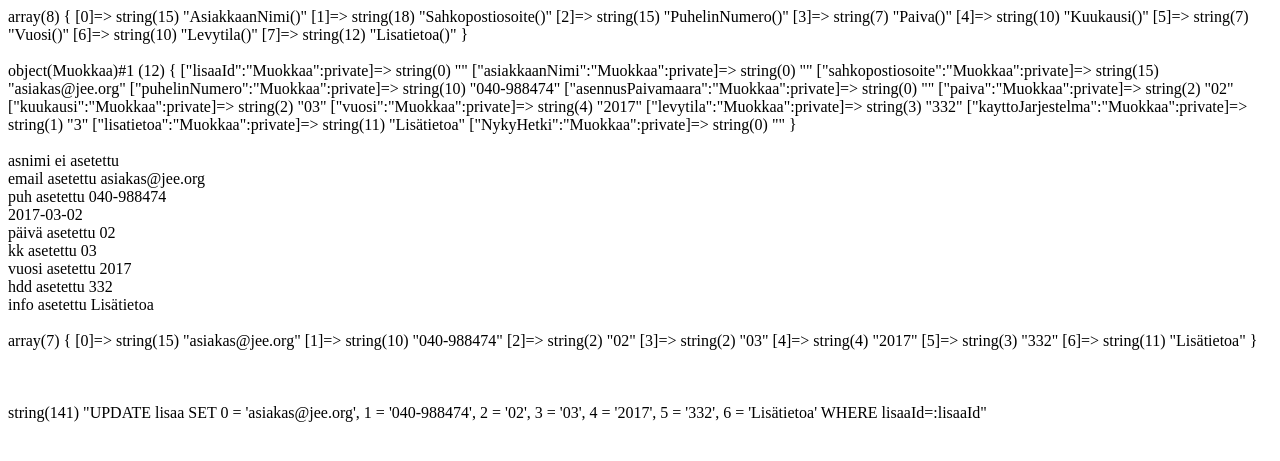
Repository: TommiKurjensalo/php
Page: http://localhost/test/function_to_function.php
An editor plug-in stored every save of this project. The page is shown before and after the next save, followed by the edit.
The browser window is 1280 px wide. The pictures show the whole page.
The page is run by PHP 8.4 with error messages shown; the project is at /var/www/html/.

Above is the page before, as saved 2017-04-25 17:12:12.

### sivut/test/function_to_function.php
<?php

$m = new Muokkaa("","asiakas@jee.org","040-988474","02","03","2017","332","3","Lisätietoa");

$m->muokkaaAsiakas($m);

class Muokkaa {

	// luokan attribuutit
	private $lisaaId = "";
	private $asiakkaanNimi = "";
	private $sahkopostiosoite = "";
	private $puhelinNumero = "";
	private $asennusPaivamaara = "";
	private $paiva = "";
	private $kuukausi = "";
	private $vuosi = "";
	private $levytila = "";
	private $kayttoJarjestelma = "";
	private $lisatietoa = "";
	private $NykyHetki = "";

	// Etsitään sopiva konstruktori
	function __construct() {
		$get_arguments       = func_get_args();
		$number_of_arguments = func_num_args();

		if (method_exists($this, $method_name = '__construct'.$number_of_arguments)) {
			call_user_func_array(array($this, $method_name), $get_arguments);
		}
	}


	// Luokan konstruktori
	public function __construct9($uusiAsiakkaanNimi = "", $uusiSahkopostiosoite = "", $uusiPuhelinNumero = "",
			$uusiPaiva = "", $uusiKuukausi = "", $uusiVuosi = "",
			$uusiLevytila = "", $uusiKayttoJarjestelma = "", $uusiLisatietoa = "")
	{

		// trim poistaa tyhjät merkkijonon alusta ja lopusta
		//$this->lisaaId = ($uusiId);
		$this->asiakkaanNimi = trim($uusiAsiakkaanNimi);
		$this->sahkopostiosoite = trim($uusiSahkopostiosoite);
		$this->puhelinNumero = trim($uusiPuhelinNumero);
		$this->paiva = trim($uusiPaiva);
		$this->kuukausi = trim($uusiKuukausi);
		$this->vuosi = trim($uusiVuosi);
		$this->levytila = trim($uusiLevytila);
		$this->kayttoJarjestelma = trim($uusiKayttoJarjestelma);
		$this->lisatietoa = trim($uusiLisatietoa);
	}

	// Luokan konstruktori haeAsiakas toimintoa varten
	public function __construct2($uusiId="", $uusiAsiakkaanNimi = "")

	{
		// trim poistaa tyhjät merkkijonon alusta ja lopusta
		$this->lisaaId = ($uusiId);
		$this->asiakkaanNimi = trim($uusiAsiakkaanNimi);
		$this->paiva = trim($uusiPaiva);
		$this->kuukausi = trim($uusiKuukausi);
		$this->vuosi = trim($uusiVuosi);
		$this->kayttoJarjestelma = trim($uusiKayttoJarjestelma);
	}

	// Muuttaa/asettaa lisaaId-attribuutin
	public function setLisaaId($uusiId) {
		$this->lisaaId = $uusiId;
	}

	// Palauttaa lisaaId-attribuutin
	public function getLisaaId() {
		return $this->lisaaId;
	}

	// Muuttaa/asettaa asiakkaanNimi-attribuutin
	public function setAsiakkaanNimi($uusiAsiakkaanNimi) {
		$this->asiakkaanNimi = $uusiAsiakkaanNimi;
	}

	// Palauttaa asiakkaanNimi-attribuutin
	public function getAsiakkaanNimi() {
		return $this->asiakkaanNimi;
	}


	// $empty kertoo, saako kenttä olla tyhjä (FALSE=>ei saa olla eli on pakollinen)
	// $min kertoo kentän minimipituuden merkkeinä
	// $max kertoo kentän maksimipituuden merkkeinä
	public function checkAsiakkaanNimi($required, $min, $max) {

		// Jos kenttä saa olla tyhjä ja se on tyhjä, ei ole virhettä
		if ($required === FALSE && strlen($this->asiakkaanNimi) == 0)
			return 0;

		if ($required === TRUE) {
			// Jos kenttä on tyhjä
			if (strlen($this->asiakkaanNimi) == 0)
				return 1;

			// Jos kentässä on liian vähän tai liikaa merkkejä
			if (strlen($this->asiakkaanNimi) < $min || strlen($this->asiakkaanNimi) > $max)
				return 2;

			// Jos kentässä on sinne kuulumattomia merkkejä
			if (preg_match("/[^a-zåäöA-ZÅÄÖ0-9 \-]/", $this->asiakkaanNimi))
				return 3;

		}
		// Ei ollut virheitä
		return 0;

	}

	// *******************************************************
	// Muuttaa/asettaa sahkopostiosoite-attribuutin
	public function setSahkopostiosoite($uusiSahkopostiosoite) {
		$this->sahkopostiosoite = $uusiSahkopostiosoite;
	}

	// Palauttaa sahkopostiosoite-attribuutin
	public function getSahkopostiosoite() {
		return $this->sahkopostiosoite;
	}

	public function checkSahkopostiosoite($required) {

		// Jos kenttä saa olla tyhjä ja se on tyhjä, ei ole virhettä
		if ($required === FALSE && strlen($this->sahkopostiosoite) == 0)
			return 0;

		if ($required == TRUE) {
			// Jos kenttä on tyhjä
			if (strlen($this->sahkopostiosoite) == 0)
				return 4;

			// Jos kentässä on sinne kuulumattomia merkkejä
			// Hyväksytyt merkit ovat A-Z a-z 0-9 . - ja maatunnus 2-4 merkkiä (A-Z a-z)
			if (!preg_match('/^[A-Öa-ö0-9._-]+@[A-Öa-ö0-9.-]+\.[A-Za-z]{2,4}$/', $this->sahkopostiosoite))
				return 5;

		}

		return 0;
	}

	// *******************************************************
	// Muuttaa/asettaa puhelinNumero-attribuutin
	public function setPuhelinNumero($uusiPuhelinNumero) {
		$this->puhelinNumero = $uusiPuhelinNumero;
	}

	// Palauttaa puhelinNumero-attribuutin
	public function getPuhelinNumero() {
		return $this->puhelinNumero;
	}

	public function checkPuhelinNumero($required, $min, $max) {

		// Jos kenttä saa olla tyhjä ja se on tyhjä, ei ole virhettä
		if ($required === FALSE && strlen($this->puhelinNumero) == 0)
			return 0;

		if ($required === TRUE) {
			// Jos kenttä on tyhjä
			if (strlen($this->puhelinNumero) == 0)
				return 6;

			// Jos kentässä on liian vähän merkkejä/numeroita
			if (strlen($this->puhelinNumero) < $min || strlen($this->puhelinNumero) > $max) {
				return 20;
			}
			// Jos kentässä on sinne kuulumattomia merkkejä
			// Sallittu vain numerot 0-9, välilyönti ja välimerkki '-'
			elseif (!preg_match('/^(\d){0,4}[-]{1}[(\d\s)]{0,17}$/D', $this->puhelinNumero)) {
				return 7;
			}

		}
		// Ei ollut virheitä
		return 0;
	}

	// *******************************************************
	// Muuttaa/asettaa asennusPaivamaara-attribuutin
	public function setAsennusPaivamaara($uusiAsennusPaivamaara) {
		$this->asennusPaivamaara = $uusiAsennusPaivamaara;
	}

	// Palauttaa asennusPaivamaara-attribuutin
	public function getAsennusPaivamaara() {
		return $this->asennusPaivamaara;
	}

	// *******************************************************
	// Muuttaa/asettaa paiva-attribuutin
	public function setPaiva($uusiPaiva) {
		$this->paiva = $uusiPaiva;
	}

	// Palauttaa paiva-attribuutin
	public function getPaiva() {
		return $this->paiva;
	}

	// *******************************************************
	// Muuttaa/asettaa kuukausi-attribuutin
	public function setKuukausi($uusiKuukausi) {
		$this->kuukausi = $uusiKuukausi;
	}

	// Palauttaa kuukausi-attribuutin
	public function getKuukausi() {
		return $this->kuukausi;
	}

	// *******************************************************
	// Muuttaa/asettaa vuosi-attribuutin
	public function setVuosi($uusiVuosi) {
		$this->vuosi = $uusiVuosi;
	}

	// Palauttaa vuosi-attribuutin
	public function getVuosi() {
		return $this->vuosi;
	}

	// Palauttaa nykyhetki-attribuutin
	// Käytetään testaukseen
	public function getNykyHetki() {
		return $this->NykyHetki;
	}

	public function checkAsennusPaivamaara($required) {


		if ($required === TRUE) {
			// Jos kentät on tyhjiä

			if (strpos($this->paiva, 'none') !==FALSE || strpos($this->kuukausi, 'none') !==FALSE
					|| strpos($this->vuosi, 'none') !==FALSE) {
						return 8;
					}
					// Määritellään muuttujia päivämäärän tulevaisuuden tarkistamista varten
					$paivaFormaatti='j.n.Y';
					$nykyHetki = new DateTime('now', new DateTimeZone('Europe/Helsinki'));
					// Muutetaan tuodut päivä,kuukausi ja vuositiedot DateTime muotoon, jotta sitä voidaan helpommin vertailla
					// ja viedä yhdellä muuttujalle tiedot sivulle
					$DateAsennusPaivamaara = DateTime::createFromFormat($paivaFormaatti,"$this->paiva.$this->kuukausi.$this->vuosi");
					$this->asennusPaivamaara = $DateAsennusPaivamaara;
					$this->NykyHetki = $nykyHetki;

					// Jos asetettu päivämääärä on tulevaisuudessa
					if($DateAsennusPaivamaara > $nykyHetki)
						return 9;
		}
		// Muuten palautetaan 0, aka kaikki hyvin
		return 0;
	}

	public function setErotteleAsennusPaivamaara($asennusPaivamaara) {

		if (!empty($asennusPaivamaara)) {
			list($uusiVuosi,$uusiKuukausi,$UusiPaiva) = explode(".",$asennusPaivamaara);

			$this->setPaiva($UusiPaiva);
			$this->setKuukausi($uusiKuukausi);
			$this->setVuosi($uusiVuosi);
		}


	}

	// *******************************************************
	// Muuttaa/asettaa levytila-attribuutin
	public function setLevytila($uusiLevytila) {
		$this->levytila = $uusiLevytila;
	}

	// Palauttaa levytila-attribuutin
	public function getLevytila() {
		return $this->levytila;
	}

	public function checkLevytila($required) {

		// Jos kenttä saa olla tyhjä ja se on tyhjä, ei ole virhettä
		if ($required === FALSE && strlen($this->levytila) == 0)
			return 0;

		if ($required === TRUE) {
			// Jos kenttä on tyhjä
			if (strlen($this->levytila) == 0)
				return 10;

			// Jos kentässä on sinne kuulumattomia merkkejä
			if (preg_match("[\d{1-5}]", $this->levytila))
				return 11;

			// Jos levytila on 0 tai negatiivinen kokonaisluku
			if ($this->levytila <= 0)
				return 21;
		}

		return 0;
	}

	// *******************************************************
	// Muuttaa/asettaa kayttoJarjestelma-attribuutin
	public function setKayttoJarjestelma($uusiKayttoJarjestelma) {
		$this->kayttoJarjestelma = $uusiKayttoJarjestelma;
	}

	// Palauttaa kayttoJarjestelma-attribuutin
	public function getKayttoJarjestelma() {
		return $this->kayttoJarjestelma;
	}

	public function checkKayttoJarjestelma($required) {

		// Jos kenttä saa olla tyhjä ja se on tyhjä, ei ole virhettä
		if ($required === FALSE && strlen($this->kayttoJarjestelma) == 0)
			return 0;

		if ($required === TRUE) {
			// Jos käyttöjärjestelmää ei ole valittu
			if (strpos($this->kayttoJarjestelma, 'none') !==FALSE)
				return 12;
		}
		// Ei ollut virheitä
		return 0;
	}

	// *******************************************************
	// Muuttaa/asettaa kayttoJarjestelma-attribuutin
	public function setLisatietoa($uusiLisatietoa) {
		$this->lisatietoa = $uusiLisatietoa;
	}

	// Palauttaa kayttoJarjestelma-attribuutin
	public function getLisatietoa() {
		return $this->lisatietoa;
	}

	public function checkLisatietoa ($required, $min, $max) {

		// Jos kenttä saa olla tyhjä ja se on tyhjä, ei ole virhettä
		if ($required === FALSE && strlen($this->lisatietoa) == 0)
			return 0;


		if ($required === TRUE) {
			// Jos kenttä on tyhjä
			if (strlen($this->lisatietoa) == 0)
				return 13;

			// Jos kentässä on liian vähän tekstiä
			if (strlen($this->lisatietoa) < $min || strlen($this->lisatietoa) > $max)
				return 14;

		}
		// Ei ollut virheitä
		return 0;
	}

public function muokkaaAsiakas($muokkaa) {

	$tulos = array();
	$data = array();
	$table = 'lisaa';
	$where = 'lisaaId=:lisaaId';
	$lista = ['AsiakkaanNimi()','Sahkopostiosoite()','PuhelinNumero()','Paiva()','Kuukausi()','Vuosi()','Levytila()','Lisatietoa()'];

	var_dump($lista);
	echo "<br><br>";
	var_dump($muokkaa);

	echo "<br><br>";

	echo (!empty($muokkaa->getAsiakkaanNimi()) ? 'asnimi asetettu '.$data[]=$muokkaa->getAsiakkaanNimi() :'asnimi ei asetettu');
	echo "<br>";
	echo (!empty($muokkaa->getSahkopostiosoite()) ? 'email asetettu '.$data[]=$muokkaa->getSahkopostiosoite() :'email ei asetettu');
	echo "<br>";
	echo (!empty($muokkaa->getPuhelinNumero()) ? 'puh asetettu '.$data[]=$muokkaa->getPuhelinNumero() :'puh ei asetettu');
	echo "<br>";
	echo ((!empty($muokkaa->getPaiva()) && !empty($muokkaa->getKuukausi()) && !empty($muokkaa->getVuosi()))
	? ($asennusPaivamaara=$muokkaa->getVuosi().'-'.$muokkaa->getKuukausi().'-'.$muokkaa->getPaiva()) : ' aspvm syöttäminen epäonnistui');
	echo "<br>";
	echo (!empty($muokkaa->getPaiva()) ? 'päivä asetettu '.$data[]=$muokkaa->getPaiva() :'päivä ei asetettu');
	echo "<br>";
	echo (!empty($muokkaa->getKuukausi()) ? 'kk asetettu '.$data[]=$muokkaa->getKuukausi() :'kk ei asetettu');
	echo "<br>";
	echo (!empty($muokkaa->getVuosi()) ? 'vuosi asetettu '.$data[]=$muokkaa->getVuosi() :'vuosi ei asetettu');
	echo "<br>";
	echo (!empty($muokkaa->getLevytila()) ? 'hdd asetettu '.$data[]=$muokkaa->getLevytila() :'hdd ei asetettu');
	echo "<br>";
	echo (!empty($muokkaa->getLisatietoa()) ? 'info asetettu '.$data[]=$muokkaa->getLisatietoa() :'info ei asetettu');

	echo "<br><br>";
	var_dump($data);
	echo "<br><br>";


	$data2 = ["lisaaId" => ":lisaaId","asiakkaanNimi" => ":asiakkaanNimi","sahkopostiosoite"=>":sahkopostiosoite","puhelinNumero"=>":puhelinNumero",
			"asennusPaivamaara"=>":asennusPaivamaara","levytila"=>":levytila","lisatietoa"=>":lisatietoa"];

	function build_sql_update($table, $data, $where)
	{
		$cols = array();

		foreach($data as $key=>$val) {
			$cols[] = "$key = '$val'";
		}
		$sql = "UPDATE $table SET " . implode(', ', $cols) . " WHERE $where";

		return $sql;
	}

	$sql_lisaa = build_sql_update($table,$data,$where);
	//$sql_lisaa = Muokkaa::build_sql_update($table, $data, $where);
	echo "<br><br>";
	var_dump($sql_lisaa);
}
}
?>

After the next save:
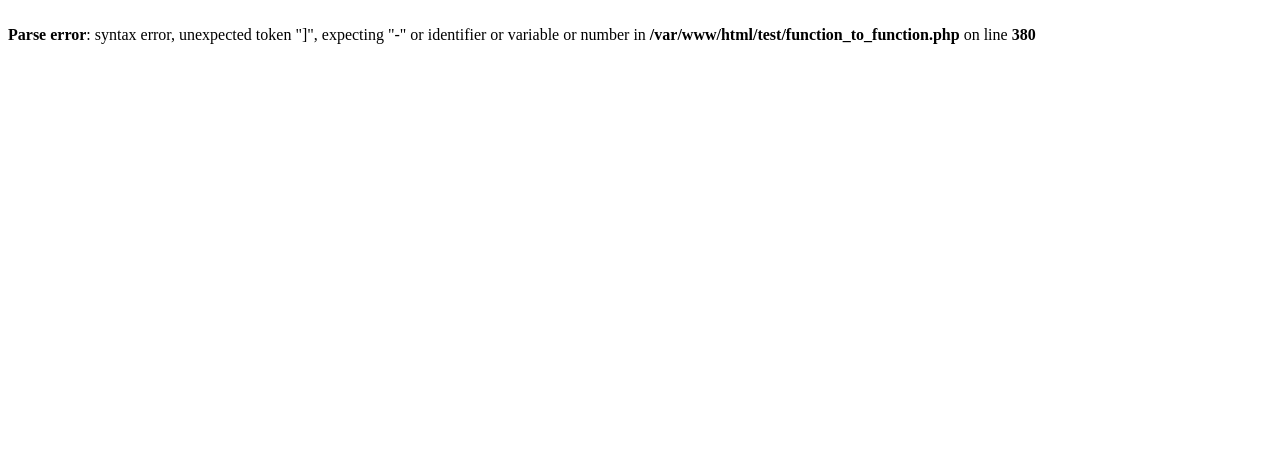
Saved 102 s later.
--- a/sivut/test/function_to_function.php
+++ b/sivut/test/function_to_function.php
@@ -377,7 +377,7 @@
 
 	echo "<br><br>";
 
-	echo (!empty($muokkaa->getAsiakkaanNimi()) ? 'asnimi asetettu '.$data[]=$muokkaa->getAsiakkaanNimi() :'asnimi ei asetettu');
+	echo (!empty($muokkaa->getAsiakkaanNimi()) ? "asnimi asetettu $data[]=$muokkaa->getAsiakkaanNimi()" :'asnimi ei asetettu');
 	echo "<br>";
 	echo (!empty($muokkaa->getSahkopostiosoite()) ? 'email asetettu '.$data[]=$muokkaa->getSahkopostiosoite() :'email ei asetettu');
 	echo "<br>";

After the save that followed:
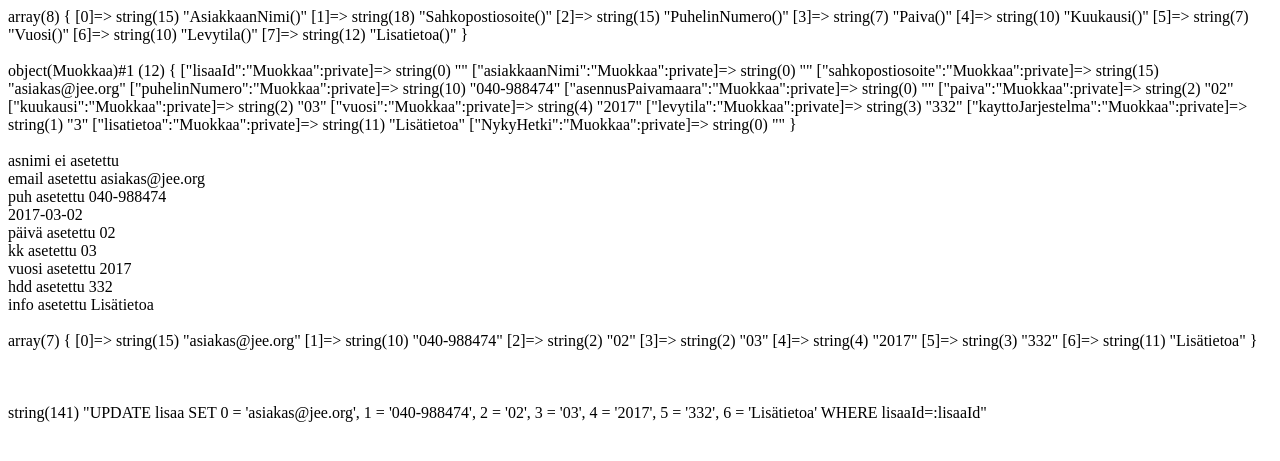
Saved 13 s later.
--- a/sivut/test/function_to_function.php
+++ b/sivut/test/function_to_function.php
@@ -377,7 +377,7 @@
 
 	echo "<br><br>";
 
-	echo (!empty($muokkaa->getAsiakkaanNimi()) ? "asnimi asetettu $data[]=$muokkaa->getAsiakkaanNimi()" :'asnimi ei asetettu');
+	echo (!empty($muokkaa->getAsiakkaanNimi()) ? 'asnimi asetettu '.$data[]=$muokkaa->getAsiakkaanNimi() :'asnimi ei asetettu');
 	echo "<br>";
 	echo (!empty($muokkaa->getSahkopostiosoite()) ? 'email asetettu '.$data[]=$muokkaa->getSahkopostiosoite() :'email ei asetettu');
 	echo "<br>";
